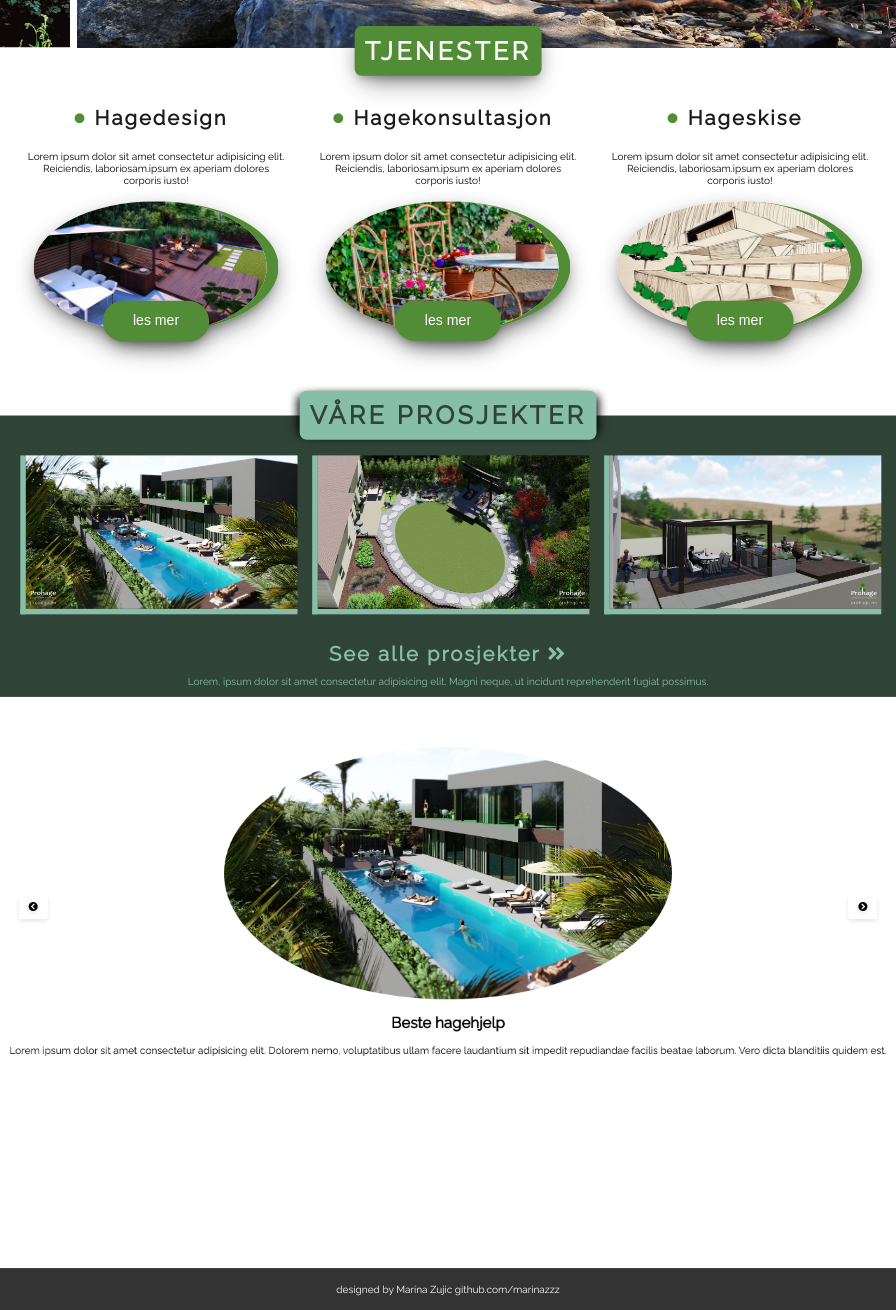
Repository: marinazzz/garden-design-website
Page: Garden design website/index.html
These files come from the project's save history. The page is drawn as it stood at one moment and after the next save; the edit follows.
The browser window is 1280 px wide. The pictures show the part of the page from y = 931 to 2851 px (the page is 2803 px tall before and 2851 px after), at 70% of full size.

Above is the page before, as saved 2020-04-03 08:48:33.

### Garden design website/index.html
<!DOCTYPE html>
<html lang="nb">
<head>
    <title>Hagedesign Oslo</title>
    <link rel="stylesheet" type="text/css" href="CSS/fontawesome-free-5.12.1-web/css/all.min.css">
    <link rel="stylesheet" type="text/css" href="CSS/style.css"/>
    <link rel="stylesheet" type="text/css" href="CSS/min-width-768px.css">
    <link rel="stylesheet" type="text/css" href="CSS/min-width-992px.css">
    <link rel="stylesheet" href="https://cdnjs.cloudflare.com/ajax/libs/animate.css/3.7.2/animate.min.css">
    <link rel="stylesheet" type="text/css" href="PLUGINS/glide-master/dist/css/glide.core.min.css" />
    <link rel="stylesheet" type="text/css" href="PLUGINS/glide-master/dist/css/glide.theme.min.css" />
    <link href="https://fonts.googleapis.com/css?family=Raleway&display=swap" rel="stylesheet">
    <meta name="viewport" content="width=device-width, initial-scale=1" charset="UTF-8">
</head>
<body>
    <header class="header--white-green">
        <div class="wrapper">
        <div class="container__menu--small container__menu"> <!--grid container-->
            <div class="container__logo"> <!--1.column-->
                <img class="logo"src="images/prohage black.png" alt="Prohage logo">
            </div>
            <div class="container__items--small container__items"> <!--2.column-->
                <div class="container__item"> <!--1.row-->
                     <a href="mailto:info@prohage.no"
                         class ="container__item-txt"><i class="far fa-envelope"></i>info@prohage.no</a>
                     <a href="tlf:45511111"
                         class="container__item-txt"><i class="fas fa-phone"></i>45511111</a>
                </div>
               <div class="container__item-bottom"> <!--2.row-->
                   <button class="menu__toggle">
                       <i class="fas fa-bars"></i>
                   </button>
                   <nav id="menu">
                        <ul class="menu__list">
                            <li class="menu__item">
                                <a class="menu__link" href="home">Home</a>
                            </li>
                            <li class="menu__item">
                                <a class="menu__link" href="#services">Våre tjenester</a>
                            </li>
                            <li class="menu__item">
                                <a class="menu__link" href="#gallery">Galleri</a>
                            </li>
                            <li class="menu__item">
                                <a class="menu__link" href="#about">Om oss</a>
                            </li>
                            <li class="menu__item">
                                <a class="menu__link" href="#blog">Blogg</a>
                            </li>
                            <li class="menu__item">
                                <a class="menu__link" href="kontakt">Kontakt</a>
                            </li>
                       </ul>
                   </nav>
               </div>
            </div>
            </div>
        </div>
        <section id="main-photo">
            <div class="glide">
                <div class="glide__track"
                     data-glide-el="track">
                    <ul class="glide__slides">
                        <li class="glide__slide">
                            <img class="main-photo__item"
                                 srcset="images/daylight-environment-garden-2000.jpg 2000w,
                                         images/daylight-environment-garden-1000.jpg 1000w"
                                 sizes="(min-width: 1440px) 2000px, 100vw"
                                 src="images/daylight-environment-garden-2000.jpg" alt="Garden and plants" />
                                 <h1 class="main-photo__title">Profesjonell hagehjelp</h1>
                        </li>
                        <li class="glide__slide">
                            <img class="main-photo__item"
                                 srcset="images/main-header-photo-2000.jpg 2000w,
                                          images/main-header-photo-1000.jpg 1000w"
                                 sizes="(min-width: 1440px) 2000px, 100vw"
                                 src="images/main-header-photo-2000.jpg" alt="Garden and plants" />
                                 <h1 class="main-photo__title">Ta kontakt allerede idag</h1>
                                </li>
                        <li class="glide__slide">
                            <img class="main-photo__item"
                                 srcset="images/header-photo-2000.jpg 2000w,
                                         images/header-photo-1000.jpg 1000w"
                                 sizes="(min-width: 1440px) 2000px, 100vw"
                                 src="images/header-photo-2000.jpg" alt="Garden designed by proffesional" />
                                 <h1 class="main-photo__title">Rådgiving og tipser</h1>
                        </li>
                        <li class="glide__slide">
                            <img class="main-photo__item"
                                 srcset="images/bloom-blooming-blur-2000.jpg 2000w,
                                         images/bloom-blooming-blur-1000.jpg 1000w"
                                 sizes="(min-width: 1440px) 2000px, 100vw"
                                 src="images/bloom-blooming-blur-2000.jpg" alt="Garden designed by proffesional" />
                                 <h1 class="main-photo__title">Følg vår hageblogg</h1>
                        </li>
                    </ul>
                </div>
                <!--<div class="glide__arrows"
                         data-glide-el="controls">
                        <button class="glide__arrow glide__arrow--left"
                                data-glide-dir="<">
                            <i class="fas fa-chevron-circle-left"></i>
                        </button>
                        <button class="glide__arrow glide__arrow--right"
                                data-glide-dir=">">
                            <i class="fas fa-chevron-circle-right"></i>
                        </button>
                    </div>-->
            </div>

            <!--<img class="main-photo__item1"
                 srcset="images/architecture-clouds-daylight-2000.jpg 2000w,
                         images/architecture-clouds-daylight-1000.jpg 1000w"
                 sizes="(min-width: 1440px) 2000px, 100vw"
                 src="images/architecture-clouds-daylight-2000.jpg" alt="Garden">
            <img class="main-photo__item2"
                 srcset="images/header-photo-2000.jpg 2000w,
                         images/header-photo-1000.jpg 1000w"
                 sizes="(min-width: 1440px) 2000px, 100vw"
                 src="images/header-photo-2000.jpg" alt="Garden designed by proffesional" >
            <img class="main-photo__item3"
                 srcset="images/main-header-photo-2000.jpg 2000w,
                         images/main-header-photo-1000.jpg 1000w"
                 sizes="(min-width: 1440px) 2000px, 100vw"
                 src="images/main-header-photo-2000.jpg" alt="Garden and plants" >
            <h1 class="main-photo__title">Profesjonell hagehjelp</h1>-->
        </section>
     </header>
     <main>
         <section id="services" class="section--white-green section__container">
            <h1 class="services__title">Tjenester</h1>
            <div class="services__wrapp">
            <section class="services__item">
                <div class="item-title__wrapp">
                    <i class="fas fa-circle"></i>
                    <h2 class="services__item-title">Hagedesign</h2>
                </div>
                <p class="services__txt">Lorem ipsum dolor sit amet consectetur adipisicing elit. Reiciendis, laboriosam.ipsum ex aperiam dolores corporis iusto!</p>
                <div class="button__position">
                     <img class="services__photo" src="images/Hagedesign.jpg" alt="Hagedesigner tegner" />
                     <button class="services__toggle">les mer</button>
                </div>
            </section>
            <section class="services__item">
                <div class="item-title__wrapp">
                    <i class="fas fa-circle"></i>
                    <h2 class="services__item-title">Hagekonsultasjon</h2>
                </div>
                <p class="services__txt">Lorem ipsum dolor sit amet consectetur adipisicing elit. Reiciendis, laboriosam.ipsum ex aperiam dolores corporis iusto!</p>
                <div class="button__position">
                    <img class="services__photo" src="images/konsultasjon.jpg" alt="Hagekonsultasjon med hagedesigner"/> <!--smaller picture than other 2-->
                    <button class="services__toggle">les mer</button>
                </div>
            </section>
            <section class="services__item">
                <div class="item-title__wrapp">
                    <i class="fas fa-circle"></i>
                    <h2 class="services__item-title">Hageskise</h2>
                </div>
                <p class="services__txt">Lorem ipsum dolor sit amet consectetur adipisicing elit. Reiciendis, laboriosam.ipsum ex aperiam dolores corporis iusto!</p>
                <div class="button__position">
                    <img class="services__photo" src="images/skisse.jpg" alt="Hagedesigner hjelp"/>
                    <button class="services__toggle">les mer</button>
                </div>
            </section>
            </div>
         </section>
         <section id="gallery" class="section--dark-green section__container">
            <h1 class="gallery__title services__title">Våre prosjekter</h1>
            <div class="gallery__wrapp services__wrapp">
                <div class="gallery__items">
                    <div class="gallery__item-wrapp">
                        <img class="gallery__item"
                             srcset="images/gallery-photo1-2000.jpg 2000w,
                                     images/gallery-photo1-1000.jpg 1000w"
                             sizes="(min-width: 1440px) 2000px, 100vw"
                             src="images/gallery-photo1-2000.jpg" alt="Hagedesign terrase" />
                    </div>
                    <div class="gallery__item-wrapp gallery__item-wrapp--padding">
                        <img class="gallery__item"
                             srcset="images/gallery-photo2-2000.jpg 2000w,
                                     images/gallery-photo2-1000.jpg 1000w"
                             sizes="(min-width: 1440px) 2000px, 100vw"
                             src="images/gallery-photo2-2000.jpg" alt="Hagedesign terrase" />
                    </div>
                    <div class="gallery__item-wrapp">
                        <img class="gallery__item"
                             srcset="images/gallery-photo3-2000.jpg 2000w,
                                     images/gallery-photo3-1000.jpg 1000w"
                             sizes="(min-width: 1440px) 2000px, 100vw"
                             src="images/gallery-photo3-2000.jpg" alt="Hagedesign terrase" />
                    </div>
                </div>
                <div class="gallery__txt-wrapp">
                    <h2 class="gallery__item-title services__item-title">See alle prosjekter
                        <i class="fas fa-angle-double-right"></i>
                    </h2>
                    <p class="gallery__txt">Lorem, ipsum dolor sit amet consectetur adipisicing elit. Magni neque, ut incidunt reprehenderit fugiat possimus.</p>
                </div>
            </div>
        </section>
        <section id="reviews">
            <div class="glide">
                <div class="glide__track" data-glide-el="track">
                  <ul class="glide__slides">
                    <li class="glide__slide">
                        <div class="review__items">
                            <img class="review__photo"
                             srcset="images/gallery-photo1-2000.jpg 2000w,
                                     images/gallery-photo1-1000.jpg 1000w"
                             sizes="(min-width: 1440px) 2000px, 100vw"
                             src="images/gallery-photo1-2000.jpg" alt="Hagedesign terrase" />
                            <h2 class="review__title">Beste hagehjelp</h2>
                            <p class="review__txt">Lorem ipsum dolor sit amet consectetur adipisicing elit.
                                Dolorem nemo, voluptatibus ullam facere laudantium sit impedit repudiandae facilis beatae laborum.
                                 Vero dicta blanditiis quidem est.</p>
                        </div>
                    </li>
                    <li class="glide__slide">
                        <div class="review__items">
                            <img class="review__photo"
                                 srcset="images/gallery-photo2-2000.jpg 2000w,
                                         images/gallery-photo2-1000.jpg 1000w"
                                 sizes="(min-width: 1440px) 2000px, 100vw"
                                 src="images/gallery-photo2-2000.jpg" alt="Hagedesign terrase" />
                            <h2 class="review__title">Tussen takk</h2>
                            <p class="review__txt">Lorem ipsum dolor sit amet consectetur adipisicing elit.
                                Dolorem nemo, voluptatibus ullam facere laudantium sit impedit repudiandae facilis beatae laborum.
                                 Vero dicta blanditiis quidem est.</p>
                        </div>
                    </li>
                    <li class="glide__slide">
                        <div class="review__items">
                            <img class="review__photo"
                                 srcset="images/gallery-photo1-2000.jpg 2000w,
                                         images/gallery-photo1-1000.jpg 1000w"
                                 sizes="(min-width: 1440px) 2000px, 100vw"
                                 src="images/gallery-photo1-2000.jpg" alt="Hagedesign terrase" />
                            <h2 class="review__title">Anbefaler</h2>
                            <p class="review__txt">Lorem ipsum dolor sit amet consectetur adipisicing elit.
                                Dolorem nemo, voluptatibus ullam facere laudantium sit impedit repudiandae facilis beatae laborum.
                                 Vero dicta blanditiis quidem est.</p>
                        </div>
                    </li>
                  </ul>
                </div>
                <div class="glide__arrows"
                         data-glide-el="controls">
                        <button class="glide__arrow glide__arrow--left"
                                data-glide-dir="<">
                            <i class="fas fa-chevron-circle-left"></i>
                        </button>
                        <button class="glide__arrow glide__arrow--right"
                                data-glide-dir=">">
                            <i class="fas fa-chevron-circle-right"></i>
                        </button>
                    </div>
             </div>
        </section>
         <article id="blog-posts">

         </article>
         <section id="about oss">

        </section>
     </main>
     <footer>
	     <p>designed by Marina Zujic
		     <a href="https://github.com/marinazzz">github.com/marinazzz</a>
	     </p>
     </footer>
     <script src="PLUGINS/glide-master/dist/glide.min.js"></script>
     <script src="JS/js-app.js"></script>
</body>
</html>

### Garden design website/CSS/min-width-768px.css
@media screen and (min-width: 768px) {

  html {
    font-size: 70%;
  }

   /* HEADER */


   .container__menu,
   .container__items {
    display: grid;
   }

   .container__menu {
    grid-template-columns: 2fr 80%;
    box-shadow: 0 0 2rem 0 rgba(0, 0, 0, 0.62), 0 0 30rem 0 rgba(0, 0, 0, 0.19);
  }

  .container__items {
    grid-template-rows: 1fr 1fr;
    background: var(--header-bg-color);
    width: auto;
  }

  .container__item,
  .container__item-bottom {
    display: flex;
  }

  .container__item {
    align-self: center;
    justify-content: space-around;
    /*padding-left: 23rem;*/
  }

  .container__item > a:first-of-type {
    padding-left: 10rem;
  }

  .container__item-bottom {
    align-items: center;
  }

  .menu__toggle {
    display: none;
  }

  /* NAVIGATION */

  #menu,
  .menu-opened .menu__item .menu__link {
    display: block;
  }

  #menu {
    position: static;
    padding: 0;
    top: 0;
  }

  #menu,
  .menu_list {
    height: 100%;
  }

  .menu__list {
    height: 100%;
    flex-direction: row;
    justify-content: center;
    align-items: center;
    padding-left: 5rem;
  }

  .menu__item {
    height: 100%;
    display: block;
    flex-grow: 1;
    margin: 0;
    line-height: 4.5rem;
  }

  .menu__item:hover {
    background-color:#272727;
  }

  .menu__link:active {
    color:black;
  }

  .menu__link,
  .container__item-txt {
    font-weight: bold;
  }

  /* color styles */

  :root {
    /*header*/
    --header-bg-color:#528C36;
    --link-color: #FCFDF9;
  }

  /* MAIN PHOTO */

  .main-photo__title {
    font-size: 2rem;
    letter-spacing: 0.3rem;
}


/* SECTIONS */

/*Common styles for sections*/
/*layout*/
.services__wrapp,
.gallery__items {
  flex-direction: row;
}

/*SECTION SERVICES*/

/*.services__item {
  padding-top: 3rem;
}*/

.button__position > button {
  bottom: -20%;
}

/*SECTION GALLERY*/

.gallery__title {
  width: auto;
}

.gallery__wrapp {
  padding: 0;
  flex-wrap: wrap;
  justify-content: space-around;
}

.gallery__txt-wrapp {
  display: block;
  margin: auto;
}

.gallery__item-wrapp {
  padding: 0 2rem 2rem 2rem;;
}

.gallery__item-wrapp--padding {
  padding: 0 0 2rem 0;
}

}

### Garden design website/CSS/min-width-992px.css
@media screen and (min-width: 992px) {
    html {
        font-size: 90%;
    }

   /* HEADER */

    .logo {
        max-height: 9rem;
    }

    .container__items {
        width: auto;
    }

    .container__item {
        padding-left: 22rem;;
    }

    .container__item-bottom,
    .container__items {
        padding: 0;
    }

    #menu {
        padding-left: 10rem;
    }
}

@media screen and (min-width: 1440px) {

    /* HEADER */
    .container__menu {
        max-width: 1500px;
        margin: 0 auto;
    }

    .container__item {
        padding-left: 47rem;;
    }

    #menu {
        padding-left: 30rem;
    }


    /* MAIN PHOTO */

    .main-photo__title {
        font-size: 3rem;
        letter-spacing: 0.5rem;
    }
}

@media screen and (min-width: 2560px) {
    html {
        font-size: 100%;
    }

    .logo {
        max-height: 12rem;
    }

    .container__item {
        justify-self: center;
    }

    .container__item > a:first-of-type {
        padding: 0 13rem;
    }

    .container__item-bottom {
        padding: 0 40rem;
    }

    /*content on middle*/

    .container__menu {
        max-width: 2000px;
    }

    .container__item-bottom,
    .container__items {
        padding: 0;
    }

    #menu,
    .container__item {
        padding-left: 50rem;
    }

    /* SECTIONS */

    .section__container {
        max-width: 2000px;
        margin: 0 auto;
    }

    .button__position > button {
        bottom: -15%;
      }

      /*SECTION GALLERY*/

      .gallery__wrapp {
          justify-content: space-around;
      }

      .services__wrapp {
          padding: 0;
      }

}

Loaded but not shown: Garden design website/CSS/fontawesome-free-5.12.1-web/css/all.min.css (library); Garden design website/PLUGINS/glide-master/dist/css/glide.core.min.css (common file); Garden design website/PLUGINS/glide-master/dist/css/glide.theme.min.css (common file); Garden design website/PLUGINS/glide-master/dist/glide.min.js (library); Garden design website/JS/js-app.js (29 lines, source omitted); Garden design website/CSS/style.css (430 lines, source omitted)

After the next save:
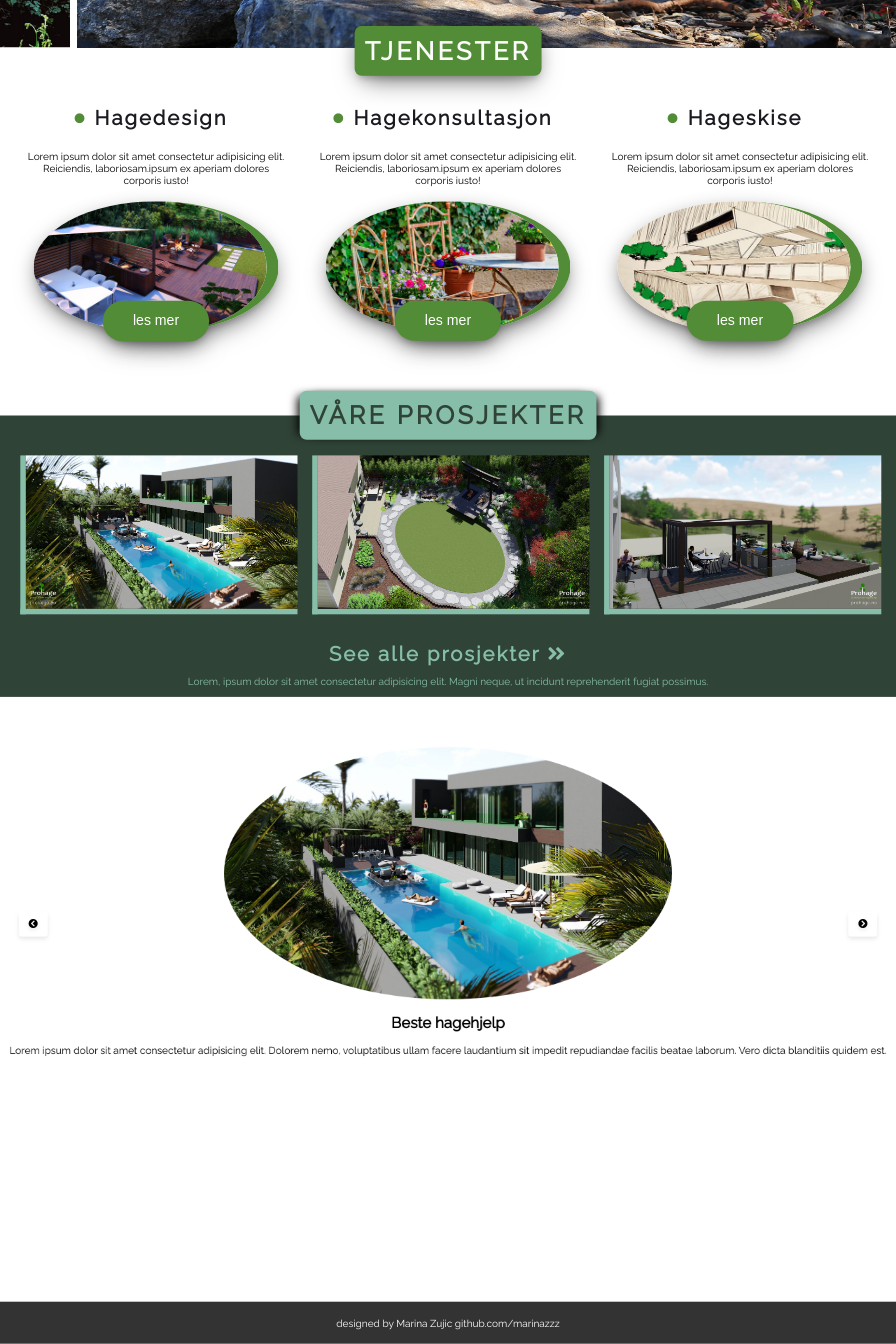
Saved 66 s later.
--- a/Garden design website/index.html
+++ b/Garden design website/index.html
@@ -237,9 +237,11 @@
                                  sizes="(min-width: 1440px) 2000px, 100vw"
                                  src="images/gallery-photo1-2000.jpg" alt="Hagedesign terrase" />
                             <h2 class="review__title">Anbefaler</h2>
-                            <p class="review__txt">Lorem ipsum dolor sit amet consectetur adipisicing elit.
+                            <blockquote>
+                                <p class="review__txt">Lorem ipsum dolor sit amet consectetur adipisicing elit.
                                 Dolorem nemo, voluptatibus ullam facere laudantium sit impedit repudiandae facilis beatae laborum.
-                                 Vero dicta blanditiis quidem est.</p>
+                                 Vero dicta blanditiis quidem est.</p> <cite>""</cite>
+                            </blockquote>
                         </div>
                     </li>
                   </ul>
